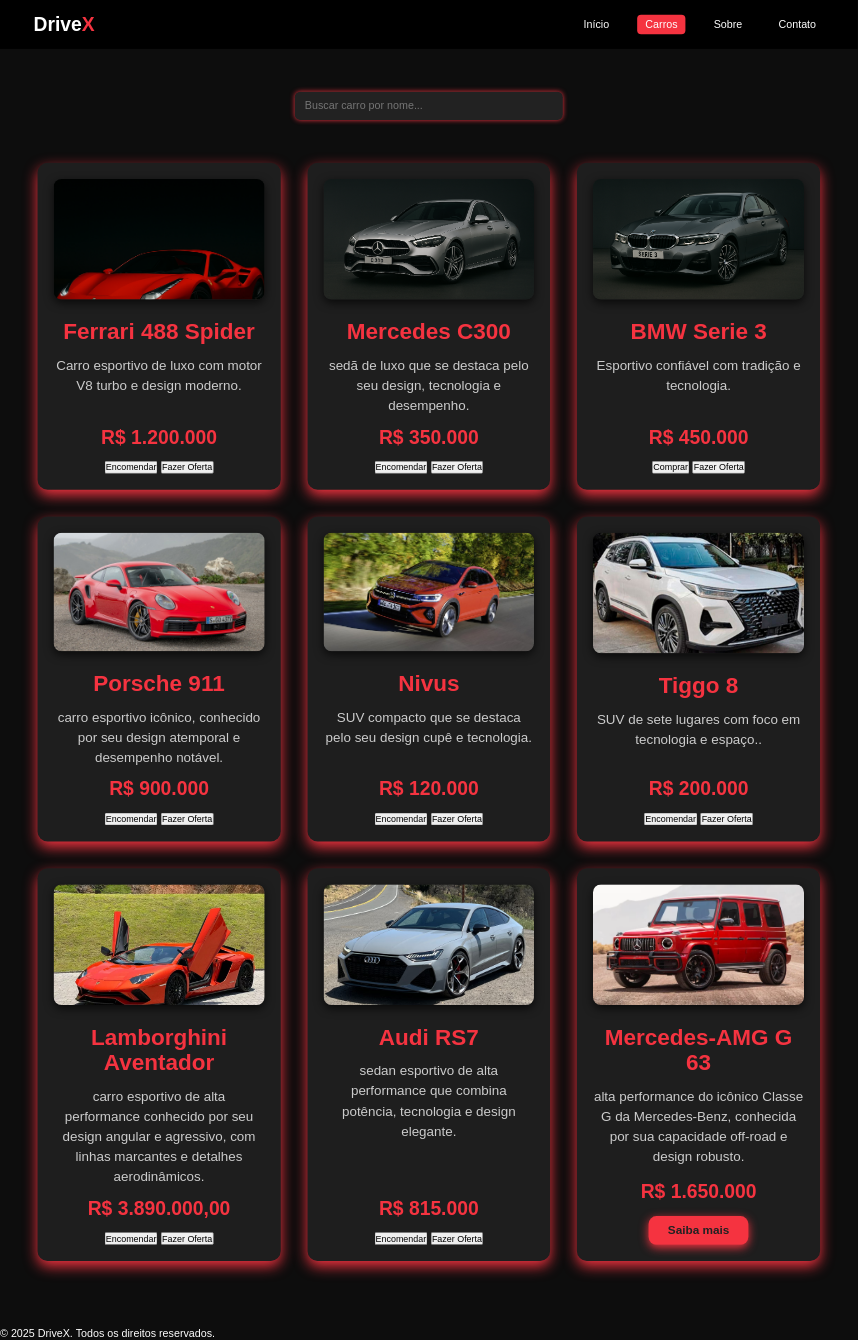
Repository: Mateushlp/DriveX
Page: carros.html
An editor plug-in stored every save of this project. The page is shown before and after the next save, followed by the edit.
The browser window is 1280 px wide. The pictures show the whole page, at 67% of full size.

Above is the page before, as saved 2025-06-24 22:17:36.

### carros.html
<!DOCTYPE html>
<html lang="pt-br">
<head>
  <meta charset="UTF-8" />
  <meta name="viewport" content="width=device-width, initial-scale=1.0" />
  <title>DriveX - Carros Disponíveis</title>
  <link rel="stylesheet" href="carros.css" />
</head>
<body>
  <header>
    <div class="logo">
     <a href="./index.html">Drive<span>X</span></div></a>
    <nav>
      <ul>
        <li><a href="index.html">Início</a></li>
        <li><a href="carros.html" class="active">Carros</a></li>
        <li><a href="sobre.html">Sobre</a></li>
        <li><a href="contato.html">Contato</a></li>
      </ul>
    </nav>
  </header>

  <main>
    <section class="filtro" style="text-align:center; margin: 2rem 0;">
      <input type="text" id="filtro-carros" placeholder="Buscar carro por nome..." />
    </section>

    <section class="grid-carro">
      <div class="card-carro">
        <img src="./img/ferrari.png" alt="Ferrari 488 Spider" />
        <h3>Ferrari 488 Spider</h3>
        <p>Carro esportivo de luxo com motor V8 turbo e design moderno.</p>
        <strong>R$ 1.200.000</strong>
        <div class="botoes-card">
  <button class="btn-encomenda" data-modelo="Ferrari 488 Spider">Encomendar</button>
  <button class="btn-oferta" data-modelo="Ferrari 488 Spider">Fazer Oferta</button>
</div>
      </div>
      <div class="card-carro">
        <img src="./img/ChatGPT Image 19 de jun. de 2025, 23_14_08.png" alt="Mercedes C300" />
        <h3>Mercedes C300</h3>
        <p>sedã de luxo que se destaca pelo seu design, tecnologia e desempenho.</p>
        <strong>R$ 350.000</strong>
        <div class="botoes-card">
  <button class="btn-encomenda" data-modelo="Mercedes C300">Encomendar</button>
  <button class="btn-oferta" data-modelo="Mercedes C300">Fazer Oferta</button>
</div>

      </div>
      <div class="card-carro">
        <img src="./img/serie 3.png" alt="BMW Serie 3" />
        <h3>BMW Serie 3</h3>
        <p>Esportivo confiável com tradição e tecnologia.</p>
        <strong>R$ 450.000</strong>
       <div class="botoes-card">
  <button class="btn-encomenda" data-modelo="BMW Serie 3">Comprar</button>
  <button class="btn-oferta" data-modelo="BMW Serie 3">Fazer Oferta</button>
</div>

      </div>
           <div class="card-carro">
        <img src="./img/Porsche-911.jpg" alt="911" />
        <h3>Porsche 911</h3>
        <p> carro esportivo icônico, conhecido por seu design atemporal e desempenho notável.</p>
        <strong>R$ 900.000</strong>
       <div class="botoes-card">
  <button class="btn-encomenda" data-modelo="911">Encomendar</button>
  <button class="btn-oferta" data-modelo="911">Fazer Oferta</button>
</div>

      </div>
              <div class="card-carro">
        <img src="./img/nivus.jpg" alt="nivus" />
        <h3>Nivus</h3>
        <p> SUV compacto que se destaca pelo seu design cupê e tecnologia.</p>
        <strong>R$ 120.000</strong>
       <div class="botoes-card">
  <button class="btn-encomenda" data-modelo="nivus">Encomendar</button>
  <button class="btn-oferta" data-modelo="nivus">Fazer Oferta</button>
</div>

      </div>
             <div class="card-carro">
        <img src="./img/tiggo8pro.jpg" alt="tiggo8" />
        <h3>Tiggo 8</h3>
        <p> SUV de sete lugares com foco em tecnologia e espaço..</p>
        <strong>R$ 200.000</strong>
       <div class="botoes-card">
  <button class="btn-encomenda" data-modelo="tiggo8">Encomendar</button>
  <button class="btn-oferta" data-modelo="tiggo8">Fazer Oferta</button>
</div>

      </div>
                <div class="card-carro">
        <img src="./img/lamborghini.png" alt="aventador" />
        <h3>Lamborghini Aventador</h3>
        <p>carro esportivo de alta performance conhecido por seu design angular e agressivo, com linhas marcantes e detalhes aerodinâmicos.</p>
        <strong>R$ 3.890.000,00</strong>
       <div class="botoes-card">
  <button class="btn-encomenda" data-modelo="aventador">Encomendar</button>
  <button class="btn-oferta" data-modelo="aventador">Fazer Oferta</button>
</div>

      </div>
                  <div class="card-carro">
        <img src="./img/audirs7.png" alt="audirs7" />
        <h3>Audi RS7</h3>
        <p> sedan esportivo de alta performance que combina potência, tecnologia e design elegante.</p>
        <strong>R$ 815.000</strong>
        <div class="botoes-card">
  <button class="btn-encomenda" data-modelo="audirs7">Encomendar</button>
  <button class="btn-oferta" data-modelo="audirs7">Fazer Oferta</button>
</div>

      </div>
                   <div class="card-carro">
        <img src="./img/g63.png" alt="g63" />
        <h3>Mercedes-AMG G 63</h3>
        <p> alta performance do icônico Classe G da Mercedes-Benz, conhecida por sua capacidade off-road e design robusto.</p>
        <strong>R$ 1.650.000</strong>
        <button class="btn-detalhes" data-modelo="g63">Saiba mais</button>
      </div>
      <!-- Adicione mais carros aqui -->
    </section>

    <!-- Modal para detalhes -->
    <div id="modal-detalhes" class="modal">
      <div class="modal-content">
        <span id="fechar-modal" class="fechar"></span>
        <h2 id="titulo-modal"></h2>
        <img id="img-modal" src="" alt="" style="max-width:100%; border-radius: 10px; margin-bottom: 1rem;" />
        <p id="descricao-modal"></p>
        <strong id="preco-modal"></strong>
      </div>
    </div>
  </main>

  <footer>
    <p>&copy; 2025 DriveX. Todos os direitos reservados.</p>
  </footer>

  <script src="carros.js"></script>
</body>
</html>

### carros.css
* {
  margin: 0;
  padding: 0;
  box-sizing: border-box;
}

body {
  font-family: 'Arial', sans-serif;
  background-color: #0d0d0d;
  color: #fff;
  min-height: 100vh;
  flex-direction: column;
}

header {
  display: flex;
  justify-content: space-between;
  align-items: center;
  padding: 20px 50px;
  background-color: #000;
}

a{
  text-decoration: none;
  color: #fff;
}

.logo {
  font-size: 1.8rem;
  font-weight: bold;
}

.logo span {
  color: #f53340;
}

nav ul {
  list-style: none;
  display: flex;
  gap: 30px;
}

nav a {
  color: #fff;
  text-decoration: none;
  font-size: 1rem;
}


.logo {
  font-size: 1.8rem;
  font-weight: bold;
  color: #fff;
}

.logo span {
  color: #f53340;
}

nav ul {
  list-style: none;
  display: flex;
  gap: 30px;
}

nav a {
  color: #fff;
  text-decoration: none;
  font-size: 1rem;
  padding: 6px 12px;
  border-radius: 6px;
  transition: background-color 0.3s ease;
}

nav a:hover,
nav a.active {
  background-color: #f53340;
  color: #fff;
}

main {
  display: grid;
  grid-template-columns: 2fr;
    padding: 2rem;
    gap: 2rem;
  padding: 2rem 1rem 3rem;
  max-width: 1200px;
  margin: 0 auto;
}


.filtro {
  text-align: center;
  margin-bottom: 3rem;
}

.filtro input[type="text"] {
  width: 90%;
  max-width: 400px;
  padding: 12px 15px;
  font-size: 1rem;
  border-radius: 8px;
  border: none;
  outline: none;
  box-shadow: 0 0 8px #f53340;
  background-color: #222;
  color: #fff;
  transition: box-shadow 0.3s ease;
}

.filtro input[type="text"]:focus {
  box-shadow: 0 0 15px #f53340;
}

.grid-carro {
  display: grid;
  grid-template-columns: repeat(auto-fill, minmax(320px, 1fr));
  gap: 2.5rem;
}

.card-carro {
  background: #1e1e1e;
  padding: 1.5rem;
  border-radius: 15px;
  box-shadow: 0 8px 20px #f53340;
  transition: transform 0.3s ease, box-shadow 0.3s ease;
  display: flex;
  flex-direction: column;
  align-items: center;
  height: 100%;
}

.card-carro:hover {
  transform: translateY(-8px);
  box-shadow: 0 12px 35px #f53340;
}

.card-carro img {
  width: 100%;
  max-height: 180px;
  object-fit: cover;
  border-radius: 12px;
  margin-bottom: 1.2rem;
  box-shadow: 0 5px 15px rgba(0,0,0,0.7);
}

.card-carro h3 {
  font-size: 2.1rem;
  color: #f53340;
  margin-top: 0.6rem;
  text-align: center;
}

.card-carro p {
  font-size: 1.25rem;
  line-height: 1.5;
  color: #ccc;
  margin-top: 1rem;
  flex-grow: 1;
  text-align: center;
}

.card-carro strong {
  font-size: 1.8rem;
  color: #f53340;
  margin: 1rem 0 1.2rem 0;
  font-weight: 900;
}


.btn-detalhes {
  background-color: #f53340;
  color: #222;
  border: none;
  padding: 0.7rem 1.8rem;
  border-radius: 12px;
  cursor: pointer;
  font-weight: 700;
  font-size: 1.1rem;
  transition: background-color 0.3s ease;
  box-shadow: 0 4px 15px #f53340;

.btn-detalhes:hover {
  background-color: #f53340;
  box-shadow: 0 6px 22px #f53340;
}


.modal {
  display: none;
  position: fixed;
  z-index: 9999;
  left: 0;
  top: 0;
  width: 100%;
  height: 100%;
  background-color: rgba(18, 18, 18, 0.85);
  justify-content: center;
  align-items: center;
  overflow-y: auto;
  padding: 2rem 1rem;
}

.modal.show {
  display: flex;
}

.modal-content {
  background: #2a2a2a;
  padding: 2.5rem;
  border-radius: 20px;
  max-width: 600px;
  text-align: center;
  box-shadow: 0 10px 40px #f53340;
  color: #fff;
  position: relative;
}

.fechar {
  position: absolute;
  top: 20px;
  right: 25px;
  font-size: 2.6rem;
  cursor: pointer;
  color: #f53340;
  transition: color 0.3s ease;
}

.fechar:hover {
  color: #f53340;
}

/* Footer */
footer {
  background-color: #000;
  text-align: center;
  padding: 15px 0;
  color: #777;
  font-size: 0.9rem;
  margin-top: auto;
}
}

### carros.js
// Filtro de busca
const inputFiltro = document.getElementById('filtro-carros');
const cards = document.querySelectorAll('.card-carro');

inputFiltro.addEventListener('input', function () {
  const termo = this.value.toLowerCase();

  cards.forEach((card) => {
    const nomeCarro = card.querySelector('h3').textContent.toLowerCase();
    if (nomeCarro.includes(termo)) {
      card.style.display = 'block';
    } else {
      card.style.display = 'none';
    }
  });
});

// Modal de detalhes
const botoesDetalhes = document.querySelectorAll('.btn-detalhes');
const modal = document.getElementById('modal-detalhes');
const tituloModal = document.getElementById('titulo-modal');
const imgModal = document.getElementById('img-modal');
const descricaoModal = document.getElementById('descricao-modal');
const precoModal = document.getElementById('preco-modal');
const fecharModal = document.getElementById('fechar-modal');

botoesDetalhes.forEach((btn) => {
  btn.addEventListener('click', () => {
    const card = btn.closest('.card-carro');
    const nome = card.querySelector('h3').textContent;
    const imagem = card.querySelector('img').src;
    const descricao = card.querySelector('p').textContent;
    const preco = card.querySelector('strong').textContent;

    tituloModal.textContent = nome;
    imgModal.src = imagem;
    imgModal.alt = nome;
    descricaoModal.textContent = descricao;
    precoModal.textContent = preco;

    modal.style.display = 'flex';
  });
});

fecharModal.addEventListener('click', () => {
  modal.style.display = 'none';
});

window.addEventListener('click', (event) => {
  if (event.target === modal) {
    modal.style.display = 'none';
  }
});

After the next save:
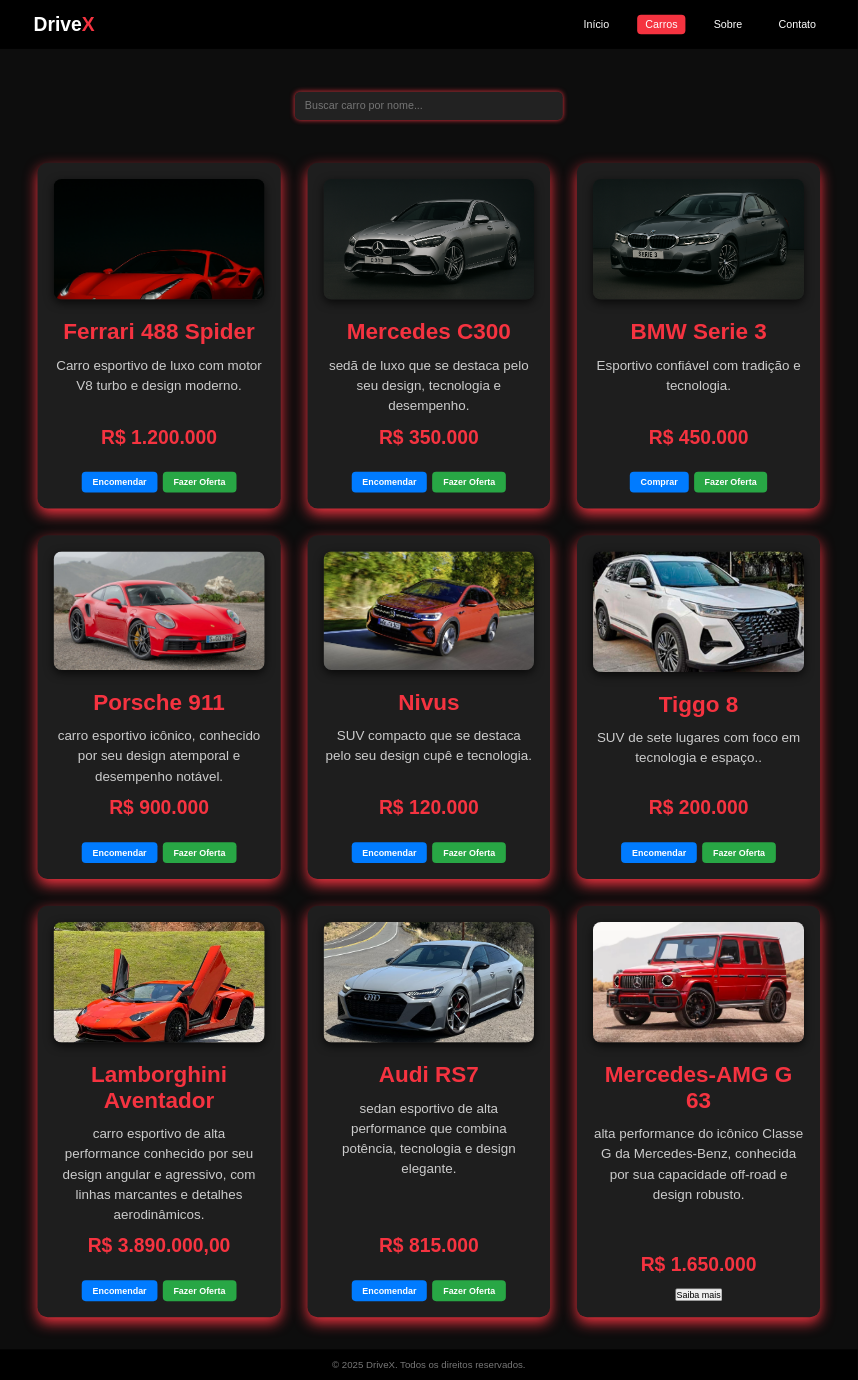
Saved 18 s later.
--- a/carros.css
+++ b/carros.css
@@ -168,21 +168,37 @@
 }
 
 
-.btn-detalhes {
-  background-color: #f53340;
-  color: #222;
+.botoes-card {
+  display: flex;
+  gap: 0.5rem;
+  margin-top: 1rem;
+}
+
+.botoes-card button {
+  padding: 0.5rem 1rem;
   border: none;
-  padding: 0.7rem 1.8rem;
-  border-radius: 12px;
   cursor: pointer;
-  font-weight: 700;
-  font-size: 1.1rem;
-  transition: background-color 0.3s ease;
-  box-shadow: 0 4px 15px #f53340;
-
-.btn-detalhes:hover {
-  background-color: #f53340;
-  box-shadow: 0 6px 22px #f53340;
+  border-radius: 6px;
+  font-weight: bold;
+  transition: background 0.3s;
+}
+
+.btn-encomenda {
+  background-color: #007bff;
+  color: white;
+}
+
+.btn-encomenda:hover {
+  background-color: #0056b3;
+}
+
+.btn-oferta {
+  background-color: #28a745;
+  color: white;
+}
+
+.btn-oferta:hover {
+  background-color: #1e7e34;
 }
 
 
